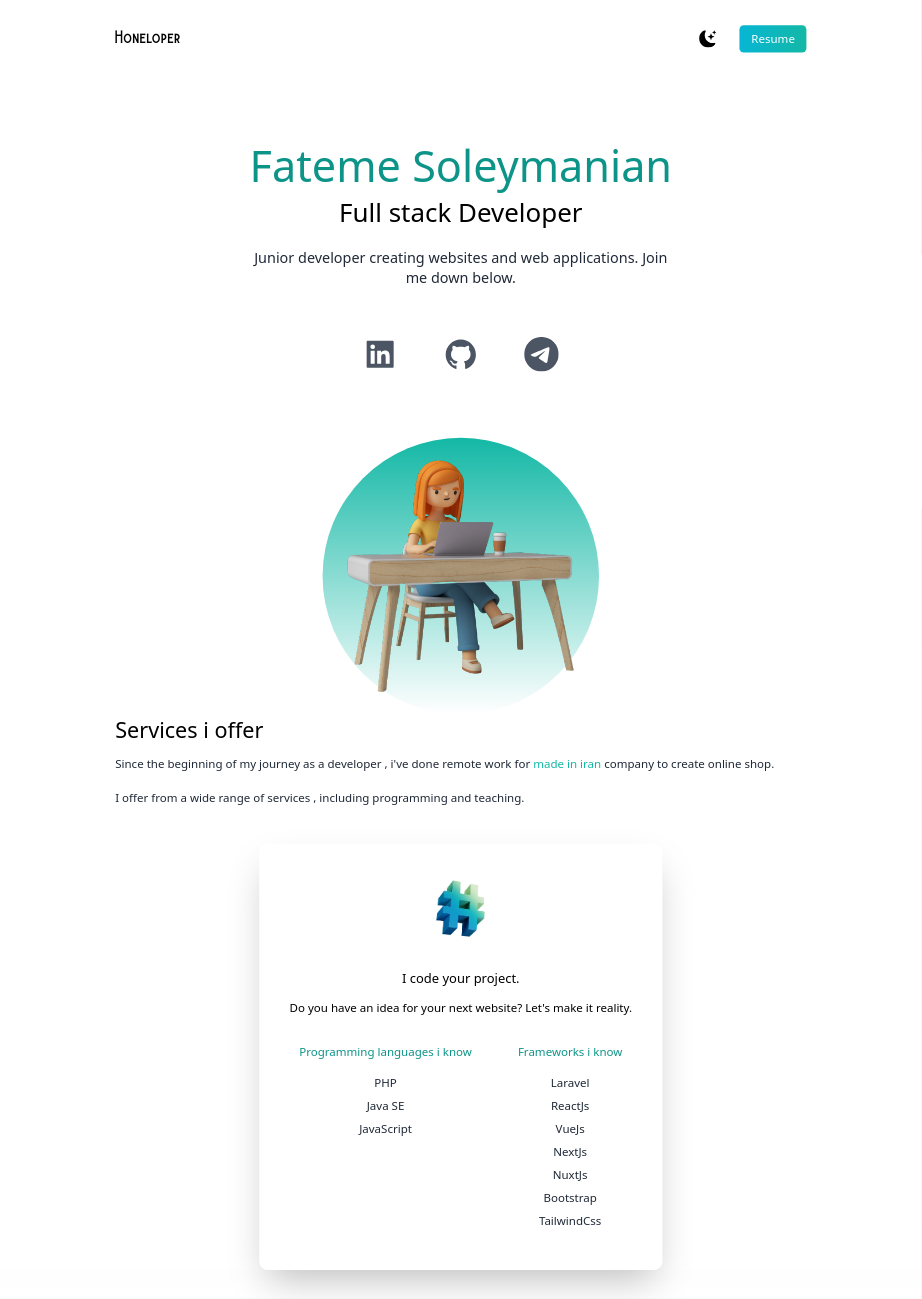
Repository: fatemesoleymanian/portfolio
Page: /
An editor plug-in stored every save of this project. The page is shown before and after the next save, followed by the edit.
The browser window is 1280 px wide. The pictures show the whole page, at 72% of full size.
The project was rebuilt for these pictures with package versions that can differ from the ones it lists, and the page was loaded fresh each time. The framework's server and built-in components were replaced by stand-ins that run in the browser. Also part of the build but not shown: next.config.js.

Above is the page before, as saved 2023-03-10 18:52:26.

### pages/index.js
import Head from 'next/head'
import { BsFillMoonStarsFill } from 'react-icons/bs'
import { AiFillLinkedin, AiFillGithub , } from 'react-icons/ai'
import {SiTelegram} from 'react-icons/si'
import Image from 'next/image'
import honeloper from '../public/honeloper3d.png'
import code from '../public/code.png'
import { useState } from 'react'
export default function Home() {
  const [darkMode , setDarkMode] = useState(false);
  return (
    <div className={darkMode ? 'dark' : ''}>
      <Head>
        <title>My Portfolio</title>
        <meta name="description" content="Generated by create next app" />
        <meta name="viewport" content="width=device-width, initial-scale=1" />
        <link rel="icon" href="/favicon.ico" />
      </Head>
      <main className='bg-white px-10 md:px-20 lg:px-40 dark:bg-gray-900'>
        <section className="min-h-screen">
          <nav className='py-10 mb-12 flex justify-between dark:text-white'>
            <h1 className='text-xl font-burtons'>Honeloper</h1>
            <ul className='flex items-center'>
              <li>
                <BsFillMoonStarsFill className='cursor-pointer text-2xl'
                onClick={() => setDarkMode(!darkMode)}/>
              </li>
              <li>
                <a className="bg-gradient-to-r from-cyan-500 to-teal-500 text-white px-4 py-2 rounded-md ml-8"
                  href="https://jobvision.ir/cv/97158940-111758">Resume</a>
              </li>
            </ul>
          </nav>
          <div className='text-center p-9'>
            <h2 className='text-3xl md:text-4xl lg:text-6xl py-2 text-teal-600 font-medium'>
              Fateme Soleymanian</h2>
            <h3 className='text-2xl md:text-3xl lg:text-4xl py-2 dark:text-gray-100'>Full stack Developer</h3>
            <p className='text-md py-5 leading-8 text-gray-800 lg:text-xl
            max-w-xl mx-auto dark:text-gray-400'>
              Junior developer creating websites and web applications. Join me down below.</p>
          </div>
          <div className='text-5xl flex justify-center gap-16 py-3 text-gray-600 dark:text-gray-300'>
            <a href="https://www.linkedin.com/in/fateme-soleymanian-b2713a225">
              <AiFillLinkedin />  </a>
            <a href="https://github.com/fatemesoleymanian">
              <AiFillGithub />
            </a>
            <a href="https://t.me/Honeloper">
              <SiTelegram />
            </a>
          </div>
          <div className='relative bg-gradient-to-b from-teal-500 rounded-full
          mx-auto md:w-80 md:h-80 lg:h-96 lg:w-96 mt-20'>
            <Image src={honeloper} alt="honeloper" />
          </div>
        </section>

        <section >
          <div>
            <h3 className='text-3xl py-1 dark:text-gray-200'>
              Services i offer
            </h3>
            <p className='text-md py-2 leading-8 text-gray-800 dark:text-gray-300'>
              Since the beginning of my journey as a developer , i've done remote work for
              <span className='text-teal-500'><a href="https://madein-iran.com"> made in iran </a></span> company to create online shop.
            </p>
            <p className='text-md py-2 leading-8 text-gray-800 dark:text-gray-300'>
              I offer from a wide range of services , including programming and teaching.
            </p>
          </div>
          <div>
            <div className='md:mx-auto text-center shadow-2xl p-10 rounded-xl my-10 md:w-7/12'>
              <Image src={code} width={100} height={100} className="mx-auto"/>
              <h3 className='text-lg font-medium pt-8 pb-2 dark:text-gray-100'>
                I code your project.
              </h3>
              <p className='py-2 dark:text-gray-200'>Do you have an idea for your next website?
                Let's make it reality.</p>
             <div className='flex justify-center gap-16 py-3'>
             <div className='dark:text-gray-300 text-gray-800'>
                <h4 className='py-4 text-teal-600'>Programming languages i know</h4>
                <p className='py-1'>PHP</p>
                <p className='py-1'>Java SE</p>
                <p className='py-1'>JavaScript</p>
              </div>
              <div className='dark:text-gray-300 text-gray-800'>
                <h4 className='py-4 text-teal-600'>Frameworks i know</h4>
                <p className='py-1'>Laravel</p>
                <p className='py-1'>ReactJs</p>
                <p className='py-1'>VueJs</p>
                <p className='py-1'>NextJs</p>
                <p className='py-1'>NuxtJs</p>
                <p className='py-1'>Bootstrap</p>
                <p className='py-1'>TailwindCss</p>
              </div>
             </div>
            </div>
          </div>
        </section>
      </main>
    </div>
  )
}

### styles/globals.css
@tailwind base;
@tailwind components;
@tailwind utilities;
:root {
  --max-width: 1100px;
  --border-radius: 12px;
  --font-mono: ui-monospace, Menlo, Monaco, 'Cascadia Mono', 'Segoe UI Mono',
    'Roboto Mono', 'Oxygen Mono', 'Ubuntu Monospace', 'Source Code Pro',
    'Fira Mono', 'Droid Sans Mono', 'Courier New', monospace;

  --foreground-rgb: 0, 0, 0;
  --background-start-rgb: 214, 219, 220;
  --background-end-rgb: 255, 255, 255;

  --primary-glow: conic-gradient(
    from 180deg at 50% 50%,
    #16abff33 0deg,
    #0885ff33 55deg,
    #54d6ff33 120deg,
    #0071ff33 160deg,
    transparent 360deg
  );
  --secondary-glow: radial-gradient(
    rgba(255, 255, 255, 1),
    rgba(255, 255, 255, 0)
  );

  --tile-start-rgb: 239, 245, 249;
  --tile-end-rgb: 228, 232, 233;
  --tile-border: conic-gradient(
    #00000080,
    #00000040,
    #00000030,
    #00000020,
    #00000010,
    #00000010,
    #00000080
  );

  --callout-rgb: 238, 240, 241;
  --callout-border-rgb: 172, 175, 176;
  --card-rgb: 180, 185, 188;
  --card-border-rgb: 131, 134, 135;
}

@media (prefers-color-scheme: dark) {
  :root {
    --foreground-rgb: 255, 255, 255;
    --background-start-rgb: 0, 0, 0;
    --background-end-rgb: 0, 0, 0;

    --primary-glow: radial-gradient(rgba(1, 65, 255, 0.4), rgba(1, 65, 255, 0));
    --secondary-glow: linear-gradient(
      to bottom right,
      rgba(1, 65, 255, 0),
      rgba(1, 65, 255, 0),
      rgba(1, 65, 255, 0.3)
    );

    --tile-start-rgb: 2, 13, 46;
    --tile-end-rgb: 2, 5, 19;
    --tile-border: conic-gradient(
      #ffffff80,
      #ffffff40,
      #ffffff30,
      #ffffff20,
      #ffffff10,
      #ffffff10,
      #ffffff80
    );

    --callout-rgb: 20, 20, 20;
    --callout-border-rgb: 108, 108, 108;
    --card-rgb: 100, 100, 100;
    --card-border-rgb: 200, 200, 200;
  }
}

* {
  box-sizing: border-box;
  padding: 0;
  margin: 0;
}

html,
body {
  max-width: 100vw;
  overflow-x: hidden;
}

body {
  color: rgb(var(--foreground-rgb));
  background: linear-gradient(
      to bottom,
      transparent,
      rgb(var(--background-end-rgb))
    )
    rgb(var(--background-start-rgb));
}

a {
  color: inherit;
  text-decoration: none;
}

@font-face {
  font-family: "burtons";
  src: url('../public/Burtons.otf');
}

### tailwind.config.js
/** @type {import('tailwindcss').Config} */
module.exports = {
  darkMode:"class",
  content: [
    "./app/**/*.{js,ts,jsx,tsx}",
    "./pages/**/*.{js,ts,jsx,tsx}",
    "./components/**/*.{js,ts,jsx,tsx}",

  ],
  theme: {
    extend: {
      fontFamily:{
        burtons: "burtons",
      }
    },
  },
  plugins: [],
}

Loaded but not shown: pages/_app.js (common file); pages/_document.js (common file)

After the next save:
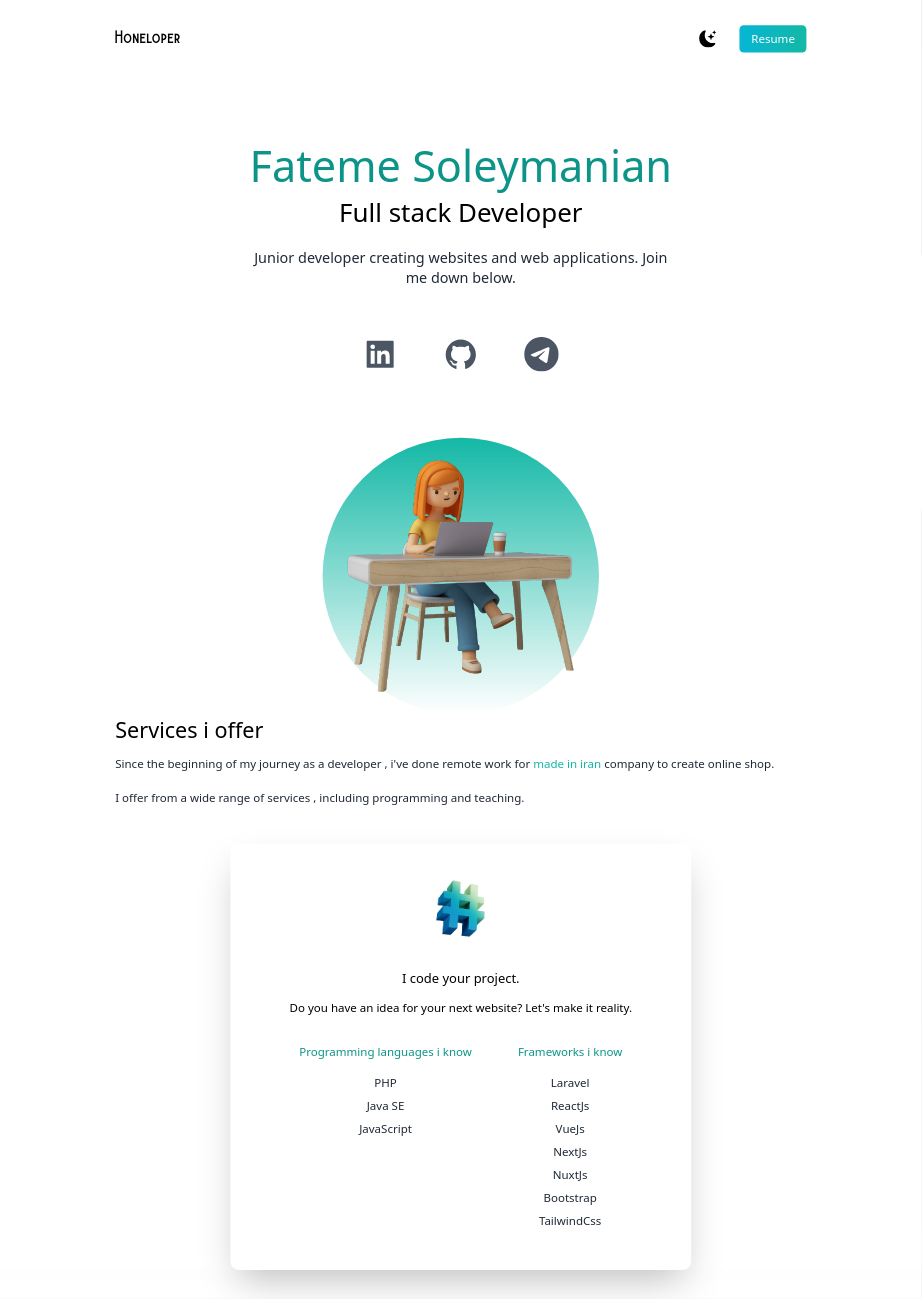
Saved 33 s later.
--- a/pages/index.js
+++ b/pages/index.js
@@ -69,7 +69,7 @@ export default function Home() {
             </p>
           </div>
           <div>
-            <div className='md:mx-auto text-center shadow-2xl p-10 rounded-xl my-10 md:w-7/12'>
+            <div className='md:mx-auto text-center shadow-2xl p-10 rounded-xl my-10 md:w-8/12'>
               <Image src={code} width={100} height={100} className="mx-auto"/>
               <h3 className='text-lg font-medium pt-8 pb-2 dark:text-gray-100'>
                 I code your project.
